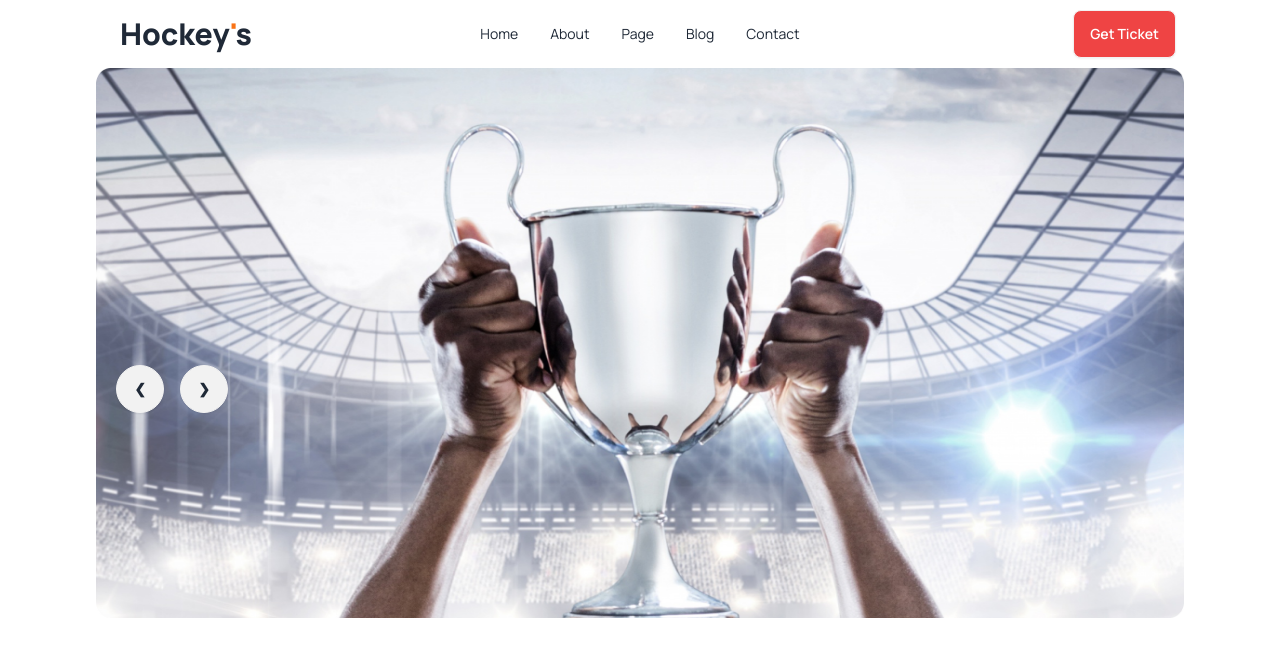
Repository: RudrasahaDibos/Hockey-
Page: index.html
An editor plug-in stored every save of this project. The page is shown before and after the next save, followed by the edit.
The browser window is 1280 px wide. The pictures show the whole page.
Some web libraries are served in a nearby version.

Above is the page before, as saved 2024-10-23 19:01:33.

### index.html
<!DOCTYPE html>
<html lang="en">
<head>
    <meta charset="UTF-8">
    <meta name="viewport" content="width=device-width, initial-scale=1.0">
    <title>Hockeys</title>
    <!-- Tailwinds css -->
    <link href="https://cdn.jsdelivr.net/npm/daisyui@4.12.13/dist/full.min.css" rel="stylesheet" type="text/css" />
    <script src="https://cdn.tailwindcss.com"></script>
    <!-- Font asome -->
    <link rel="stylesheet" href="https://cdnjs.cloudflare.com/ajax/libs/font-awesome/6.6.0/css/all.min.css" integrity="sha512-Kc323vGBEqzTmouAECnVceyQqyqdsSiqLQISBL29aUW4U/M7pSPA/gEUZQqv1cwx4OnYxTxve5UMg5GT6L4JJg==" crossorigin="anonymous" referrerpolicy="no-referrer" />
   <!-- tailwind custom css -->
   <script>
    tailwind.config = {
      theme: {
        extend: {
          colors: {
            clifford: '#da373d',
          }
        }
      }
    }
  </script>
  <!-- google Font  -->
  <link rel="preconnect" href="https://fonts.googleapis.com">
  <link rel="preconnect" href="https://fonts.gstatic.com" crossorigin>
  <link href="https://fonts.googleapis.com/css2?family=Manrope:wght@200..800&display=swap" rel="stylesheet">

  <style>
.manrope {
  font-family: "Manrope", serif;
}
  </style>

</head>
<body class="manrope">
    <!-- header section start here -->
       <header class="container mx-auto lg:px-24 px-8">
                 <!-- navber start here -->
                     <nav>
                        <div class="navbar bg-base-100">
                            <div class="navbar-start">
                              <div class="dropdown">
                                <div tabindex="0" role="button" class="  lg:hidden">
                                  <svg
                                    xmlns="http://www.w3.org/2000/svg"
                                    class="h-5 w-5"
                                    fill="none"
                                    viewBox="0 0 24 24"
                                    stroke="currentColor">
                                    <path
                                      stroke-linecap="round"
                                      stroke-linejoin="round"
                                      stroke-width="2"
                                      d="M4 6h16M4 12h8m-8 6h16" />
                                  </svg>
                                </div>
                                <ul
                                  tabindex="0"
                                  class="menu menu-sm dropdown-content bg-base-100 rounded-box z-[1] mt-3 w-52 p-2 shadow">

                                    <li><a>Home</a></li>
                                    <li><a>About</a></li>
                                    <li><a>Page</a></li>
                                    <li><a>Blog</a></li>
                                    <li><a>Contact</a></li>

                                </ul>
                              </div>

                              <a class=" ml-4 text-3xl font-extrabold ">Hockey<span class="text-orange-500">'</span>s</a>

                            </div>
                            <div class="navbar-center hidden lg:flex">
                              <ul class="menu menu-horizontal px-1">
                                <li><a>Home</a></li>
                                <li><a>About</a></li>
                                <li><a>Page</a></li>
                                <li><a>Blog</a></li>
                                <li><a>Contact</a></li>
                              </ul>
                            </div>
                            <div class="navbar-end  lg:ml-0 ml-20">

                              <a class="btn bg-red-500 text-white  ">Get Ticket</a>
                            </div>
                          </div>
                     </nav>
                 <!-- navber end here -->

                  <!-- banner start here -->
                     <div>
                      <div class="carousel w-full">
                        <div id="slide1" class="carousel-item relative w-full ">
                          <img
                            src="Images/1.png"
                            class="w-full h-[550px]" />
                          <div class="absolute left-5 right-5 top-1/2 flex -translate-y-1/2 transform gap-4">
                            <a href="#slide4" class="btn btn-circle">❮</a>
                            <a href="#slide2" class="btn btn-circle">❯</a>
                          </div>
                        </div>
                        <div id="slide2" class="carousel-item relative w-full">
                          <img
                            src="Images/2.png"
                            class="w-full" />
                          <div class="absolute left-5 right-5 top-1/2 flex -translate-y-1/2 transform justify-between">
                            <a href="#slide1" class="btn btn-circle">❮</a>
                            <a href="#slide3" class="btn btn-circle">❯</a>
                          </div>
                        </div>
                        <div id="slide3" class="carousel-item relative w-full">
                          <img
                            src="Images/3.png"
                            class="w-full" />
                          <div class="absolute left-5 right-5 top-1/2 flex -translate-y-1/2 transform justify-between">
                            <a href="#slide2" class="btn btn-circle">❮</a>
                            <a href="#slide4" class="btn btn-circle">❯</a>
                          </div>
                        </div>
                        <div id="slide4" class="carousel-item relative w-full">
                          <img
                            src="Images/4.png"
                            class="w-full" />
                          <div class="absolute left-5 right-5 top-1/2 flex -translate-y-1/2 transform justify-between">
                            <a href="#slide3" class="btn btn-circle">❮</a>
                            <a href="#slide1" class="btn btn-circle">❯</a>
                          </div>
                        </div>
                      </div>



                     </div>


                   <!-- banner end here -->
       </header>
       <!-- Header section End here -->

       <!-- Main secetion start here  -->
        <main>

        </main>
        <!-- main section end here -->

</body>
</html>

After the next save:
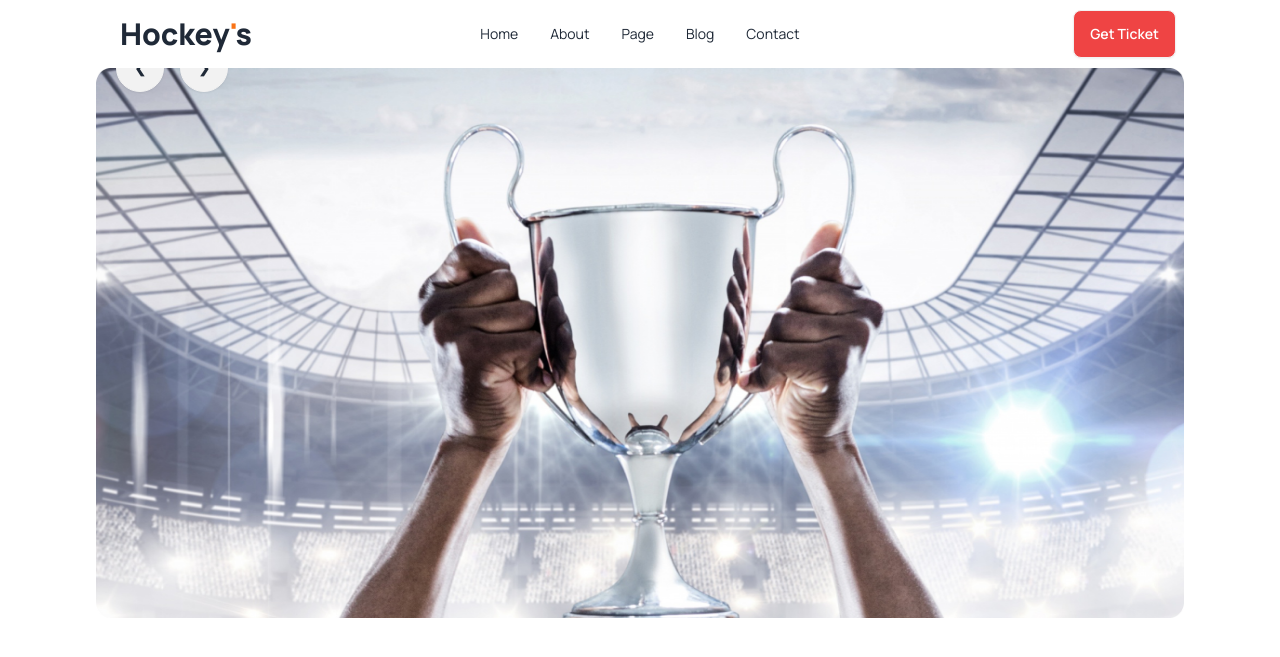
Saved 13 s later.
--- a/index.html
+++ b/index.html
@@ -95,7 +95,7 @@
                           <img
                             src="Images/1.png"
                             class="w-full h-[550px]" />
-                          <div class="absolute left-5 right-5 top-1/2 flex -translate-y-1/2 transform gap-4">
+                          <div class="absolute left-5 right-5 top-2/2 flex -translate-y-1/2 transform gap-4">
                             <a href="#slide4" class="btn btn-circle">❮</a>
                             <a href="#slide2" class="btn btn-circle">❯</a>
                           </div>

After the 2 saves that followed:
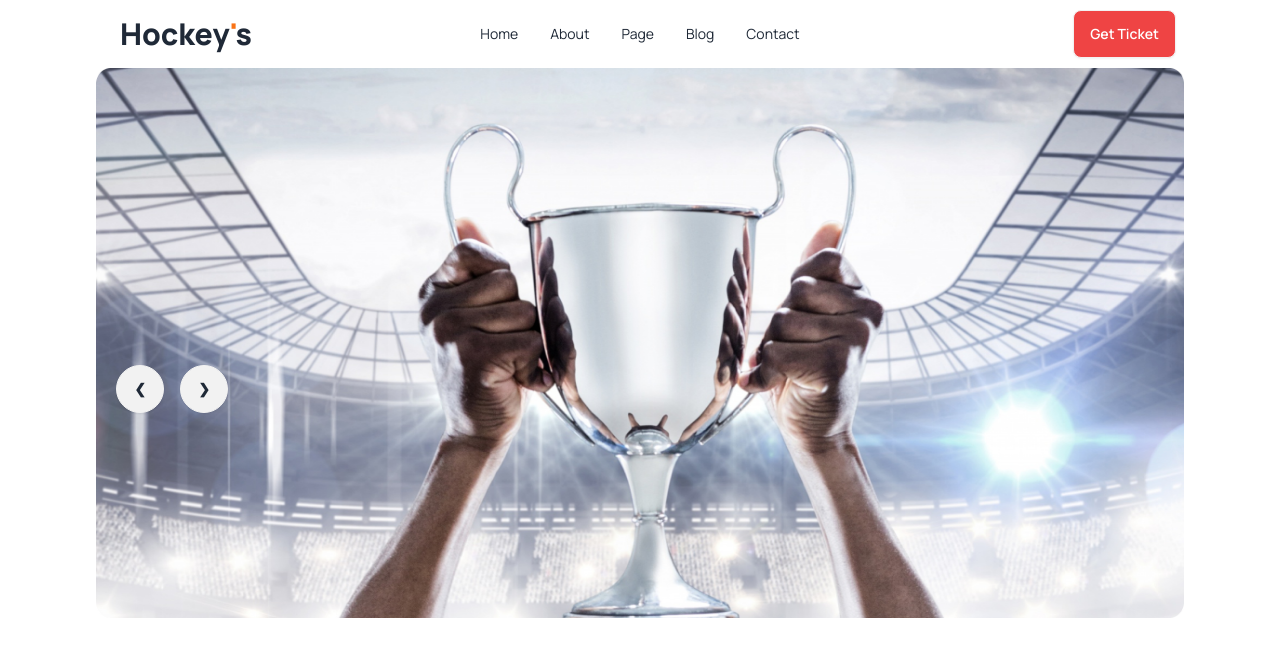
The 2 saves are shown as one change because 1 left the picture as it was.
The last was saved 12 s later.
--- a/index.html
+++ b/index.html
@@ -95,7 +95,7 @@
                           <img
                             src="Images/1.png"
                             class="w-full h-[550px]" />
-                          <div class="absolute left-5 right-5 top-2/2 flex -translate-y-1/2 transform gap-4">
+                          <div class="absolute left-5 right-5 top-1/2 flex -translate-y-1/2 transform gap-4">
                             <a href="#slide4" class="btn btn-circle">❮</a>
                             <a href="#slide2" class="btn btn-circle">❯</a>
                           </div>
